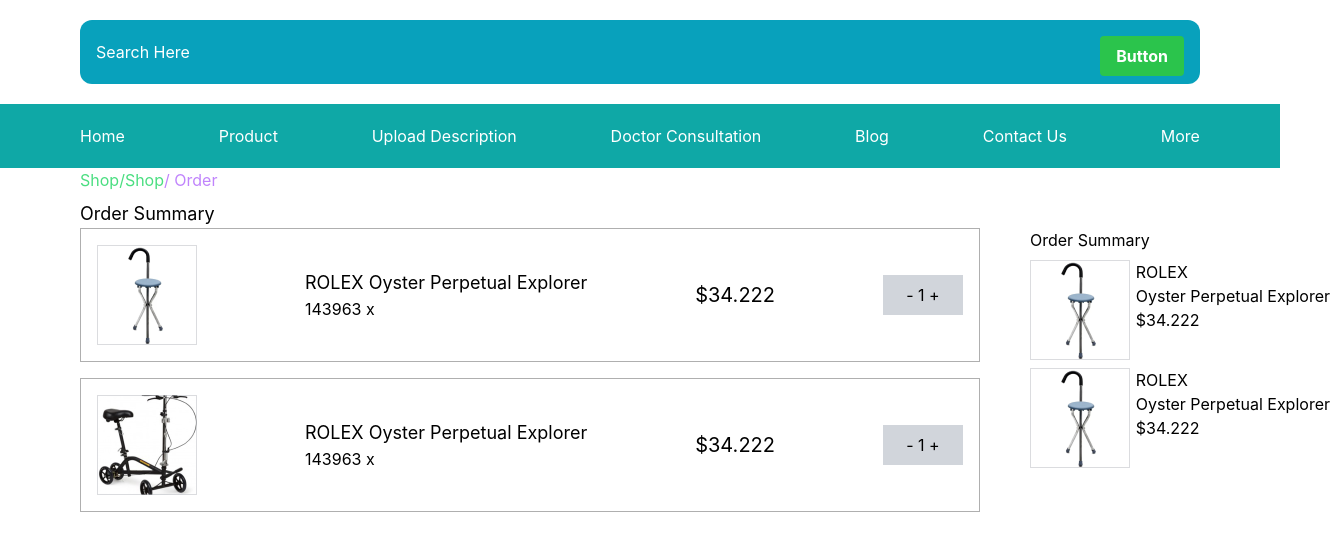
Repository: arafatmollah/pharma
Page: /
These files come from the project's save history. The page is drawn as it stood at one moment and after the next save; the edit follows.
The browser window is 1280 px wide. The page is 1330 px wide, so the pictures cover 1330 px, including what lies to the right of the window. The pictures show the whole page.
The project was rebuilt for these pictures with package versions that can differ from the ones it lists, and the page was loaded fresh each time.

Above is the page before, as saved 2023-03-12 22:09:58.

After the next save:
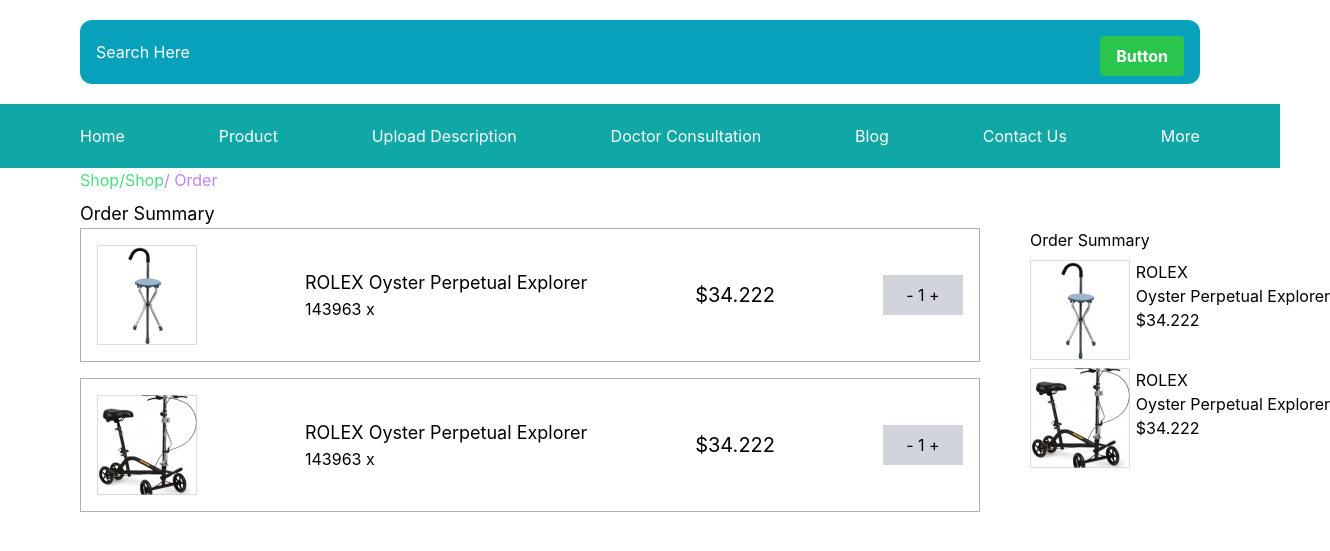
Saved 4 s later.
--- a/src/Order.js
+++ b/src/Order.js
@@ -59,7 +59,7 @@ function order() {
             </div>
           </div>
           <div className='flex justify-between my-2'>
-            <img src={img}></img>
+            <img src={im}></img>
             <div>
               <p>ROLEX</p>
               <h3>Oyster Perpetual Explorer</h3>
